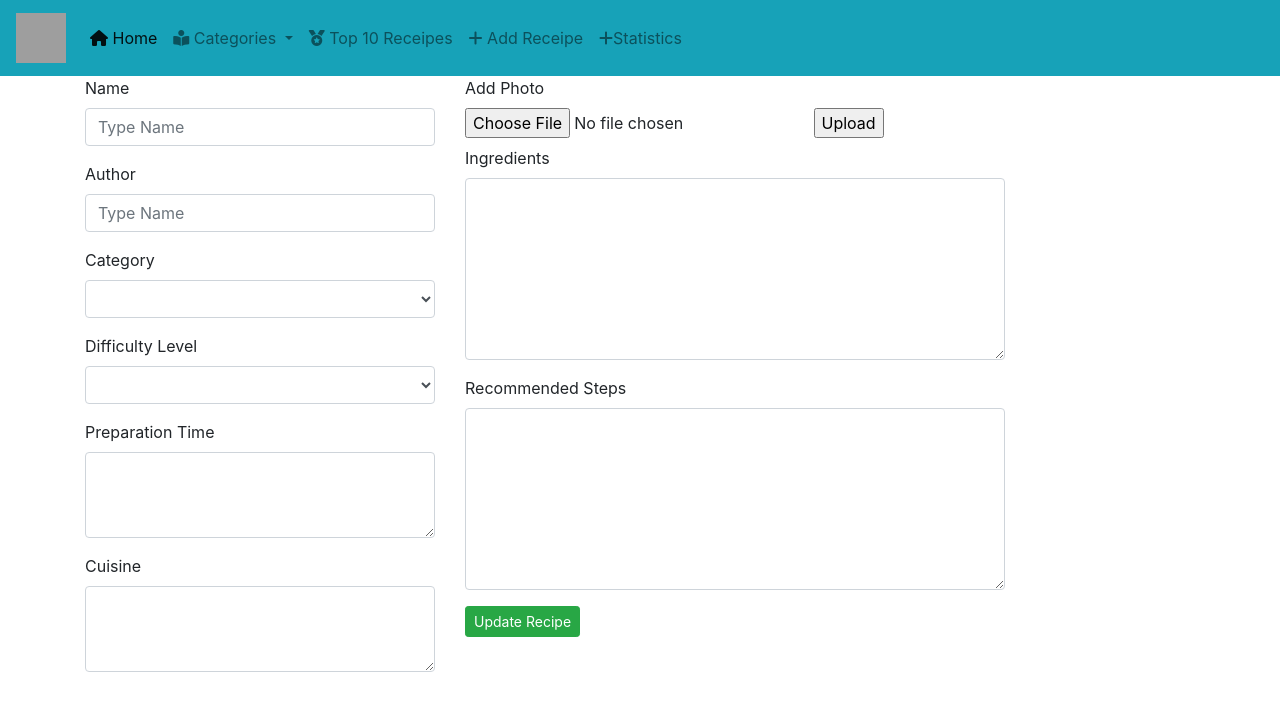
Repository: toderas/Flask-Cook-Book
Page: templates/editrecipe.html
The author's editor kept a record of every edit. The page is drawn from the files as they stood at one moment, then again after the next edit.
The browser window is 1280 px wide. The pictures show the whole page.
Pictures or frames that could not be fetched are drawn as grey boxes. Some web libraries are served in a nearby version. The page is served by the project's application, run on Flask 3 (cookbook.py). The template is opened directly, without the code that normally fills it, so the values that code supplies are empty.

Above is the page before.

### templates/editrecipe.html
{% extends 'home.html'%} {% block content %}
<div class="container">
  <form action={{url_for( 'update_recipe', recipe_id=recipe._id)}} method="POST" enctype=multipart/form-data>

    <div class="row">
      <div class="col-12 col-md-4">
        <div class="form-group">
          <label for="exampleFormControlSelect1">Name</label>
          <input type="text" value="{{recipe.dish_name}}" class="form-control" id="dish_name" name="dish_name" placeholder="Type Name">
        </div>
        <div class="form-group">
          <label for="exampleFormControlSelect1">Author</label>
          <input type="text" value="{{recipe.dish_author}}" class="form-control" id="dish_author" name="dish_author" placeholder="Type Name">
        </div>
        <div class="form-group">
          <label for="category_name">Category</label>
          <select class="form-control" id="category_name" name="category_name">

             {% for course in categories %}
                     <option value="{{course.category_name}}">{{course.category_name}}</option>

                  {% endfor %}
             <option selected value="{{recipe.category_name}}" selected>{{recipe.category_name}}</option>
</select>
        </div>
        <div class="form-group">
          <label for="dish_required_skill">Difficulty Level</label>
          <select class="form-control" id="dish_required_skill" name="dish_required_skill">

      {% for required in skills %}
                      <option value="{{required.skill_name}}">{{required.skill_name}}</option>
                  {% endfor %}
                  <option selected  value="{{recipe.dish_required_skill}}"selected>{{recipe.dish_required_skill}}</option>
    </select>
        </div>
        <div class="form-group">
          <label for="dish_prep_time">Preparation Time</label>

          <textarea class="form-control" type="text" value="{{recipe.dish_prep_time}}" name="dish_prep_time" id="dish_prep_time" rows="3">{{recipe.dish_prep_time}}</textarea>
        </div>
        <div class="form-group">
          <label for="exampleFormControlTextarea1">Cuisine</label>
          <textarea name="dish_origin_cuisine" value="{{recipe.dish_origin_cuisine}}" class="form-control" id="exampleFormControlTextarea1" rows="3">{{recipe.dish_origin_cuisine}}</textarea>
        </div>

      </div>
      <div class="col-md-6">
        <label for="exampleFormControlTextarea1">Add Photo</label>
        <div class="custom-file">
         <form>
          <p><input type=file name=file id="upload">
            <input type=submit value=Upload>
        </form>
        </div>
        <div class="form-group">
          <label for="exampleFormControlTextarea1">Ingredients</label>
          <textarea class="form-control" value="{{recipe.dish_ingredients}}" name="dish_ingredients" id="exampleFormControlTextarea1" rows="7">{{recipe.dish_ingredients}}</textarea>
        </div>
        <div class="form-group">
          <label for="exampleFormControlTextarea1">Recommended Steps</label>
          <textarea class="form-control" value="{{recipe.dish_preparation_steps}}" name="dish_preparation_steps" id="exampleFormControlTextarea1" rows="7">{{recipe.dish_preparation_steps}}</textarea>
        </div>
        <button type="submit" class="btn btn-sm btn-success">Update Recipe</button>
      </div>
    </div>
  </form>
</div>
{% endblock %}

### templates/home.html
<!DOCTYPE html>
<html lang="en">

<head>
  <meta charset="UTF-8">
  <meta name="viewport" content="width=device-width, initial-scale=1.0">
  <meta http-equiv="X-UA-Compatible" content="ie=edge">
  <!--CSS-->
  <link rel="stylesheet" href="{{url_for('static', filename='css/style.css')}}" type="text/css" />
  <!--Bootstrap-->
  <link rel="stylesheet" href="https://stackpath.bootstrapcdn.com/bootstrap/4.1.3/css/bootstrap.min.css" integrity="sha384-MCw98/SFnGE8fJT3GXwEOngsV7Zt27NXFoaoApmYm81iuXoPkFOJwJ8ERdknLPMO" crossorigin="anonymous">

  <title>Document</title>
</head>

<body>
  <nav class="navbar navbar-expand-lg navbar-light bg-info">
    <a class="navbar-brand" href="{{url_for('recipes')}}"><img class="logo-image" alt="chef logo" src="https://encrypted-tbn0.gstatic.com/images?q=tbn:ANd9GcRTUhnKjobAOjmlVUzxfUoGj2VBu2mOXKPmnmZjkuTfKeNhWaxOfg"></img></a>
    <button class="navbar-toggler" type="button" data-toggle="collapse" data-target="#navbarNavDropdown" aria-controls="navbarNavDropdown" aria-expanded="false" aria-label="Toggle navigation">
    <span class="navbar-toggler-icon"></span>
  </button>
    <div class="collapse navbar-collapse" id="navbarNavDropdown">
      <ul class="navbar-nav">
        <li class="nav-item active">
          <a class="nav-link" href="{{url_for('recipes')}}"> <i class="fas fa-home"></i> Home <span class="sr-only">(current)</span></a>
        </li>
        <li class="nav-item dropdown">
          <a class="nav-link dropdown-toggle" href="#" id="navbarDropdownMenuLink" role="button" data-toggle="dropdown" aria-haspopup="true" aria-expanded="false">
           <i class="fas fa-book-reader"></i> Categories
        </a>
          <div class="dropdown-menu" aria-labelledby="navbarDropdownMenuLink">
            <a class="dropdown-item" href="{{url_for('aperitif')}}">Aperitifs</a>
            <a class="dropdown-item" href="{{url_for('starter')}}">Starters</a>
            <a class="dropdown-item" href="{{url_for('intermediate')}}">Intermediate</a>
            <a class="dropdown-item" href="{{url_for('main')}}">Mains</a>
            <a class="dropdown-item" href="{{url_for('dessert')}}">Desserts</a>
          </div>
        </li>
        <li class="nav-item">
          <a class="nav-link" href="{{url_for('top_ten')}}"> <i class="fas fa-medal"></i> Top 10 Receipes</a>
        </li>
        <li class="nav-item">
          <a class="nav-link" href="{{url_for('addrecipe')}}"><i class="fas fa-plus"></i> Add Receipe</a>
        </li>
        <li class="nav-item">
          <a class="nav-link" href="{{url_for('show_chart')}}"><i class="fas fa-plus"></i>Statistics</a>
        </li>
      </ul>
    </div>
  </nav>
  {% block content %} {% endblock %}

</body>
<!--Font Awesome-->
<script src="https://kit.fontawesome.com/9e425c7d13.js"></script>
<!--Bootstrap js-->
<script src="https://code.jquery.com/jquery-3.3.1.slim.min.js" integrity="sha384-q8i/X+965DzO0rT7abK41JStQIAqVgRVzpbzo5smXKp4YfRvH+8abtTE1Pi6jizo" crossorigin="anonymous"></script>
<script src="https://cdnjs.cloudflare.com/ajax/libs/popper.js/1.14.3/umd/popper.min.js" integrity="sha384-ZMP7rVo3mIykV+2+9J3UJ46jBk0WLaUAdn689aCwoqbBJiSnjAK/l8WvCWPIPm49" crossorigin="anonymous"></script>
<script src="https://stackpath.bootstrapcdn.com/bootstrap/4.1.3/js/bootstrap.min.js" integrity="sha384-ChfqqxuZUCnJSK3+MXmPNIyE6ZbWh2IMqE241rYiqJxyMiZ6OW/JmZQ5stwEULTy" crossorigin="anonymous"></script>

</html>

### cookbook.py
import os
from flask import Flask, render_template, redirect, request, url_for, request
from flask_pymongo import PyMongo
from bson.objectid import ObjectId

app=Flask(__name__)

app.config["MONGO_DBNAME"] = 'cook-book'
app.config["MONGO_URI"] = 'mongodb+srv://tode:1Martie1998@myfirstcluster-dxyoc.mongodb.net/cook-book?retryWrites=true&w=majority'

mongo = PyMongo(app)



@app.route("/")
def hello():
    return "Hello World!"



if __name__ == '__main__':
    app.run(host=os.environ.get('IP'),
            port=int(os.environ.get('PORT')),
            debug=True)

#if __name__ == '__main__':
  #  app.run(host='0.0.0.0', port=8080, debug=True)

### static/css/style.css
.logo-image {
    width: 50px;
    height: 50px;
}
.list-inline-item:not(:last-child) {
    margin: 0 !important;
}

After the next edit:
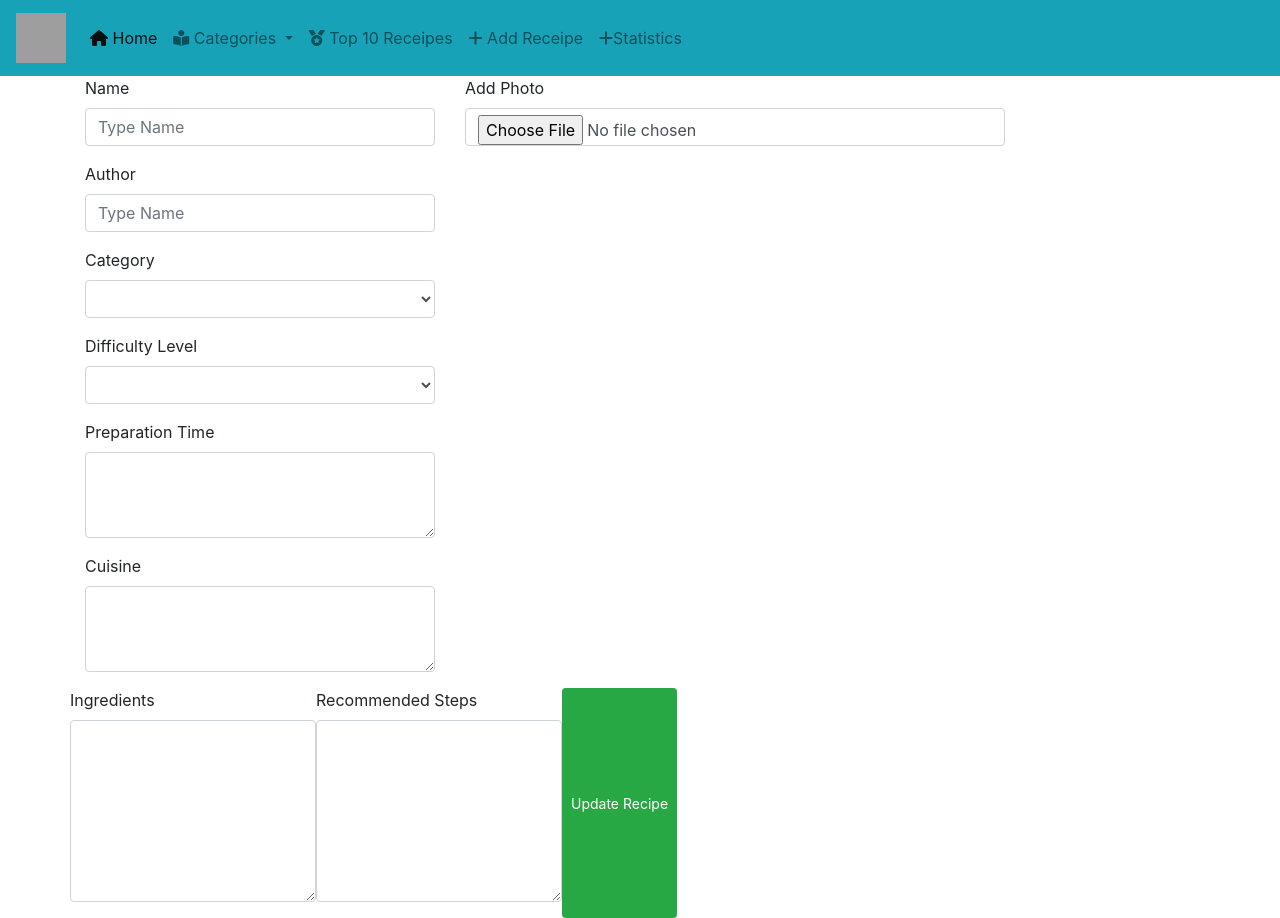
The edit:
--- a/templates/editrecipe.html
+++ b/templates/editrecipe.html
@@ -46,11 +46,7 @@
       </div>
       <div class="col-md-6">
         <label for="exampleFormControlTextarea1">Add Photo</label>
-        <div class="custom-file">
-         <form>
-          <p><input type=file name=file id="upload">
-            <input type=submit value=Upload>
-        </form>
+          <input class="form-control" type="file" name="dish_photo" id="upload_file">
         </div>
         <div class="form-group">
           <label for="exampleFormControlTextarea1">Ingredients</label>
